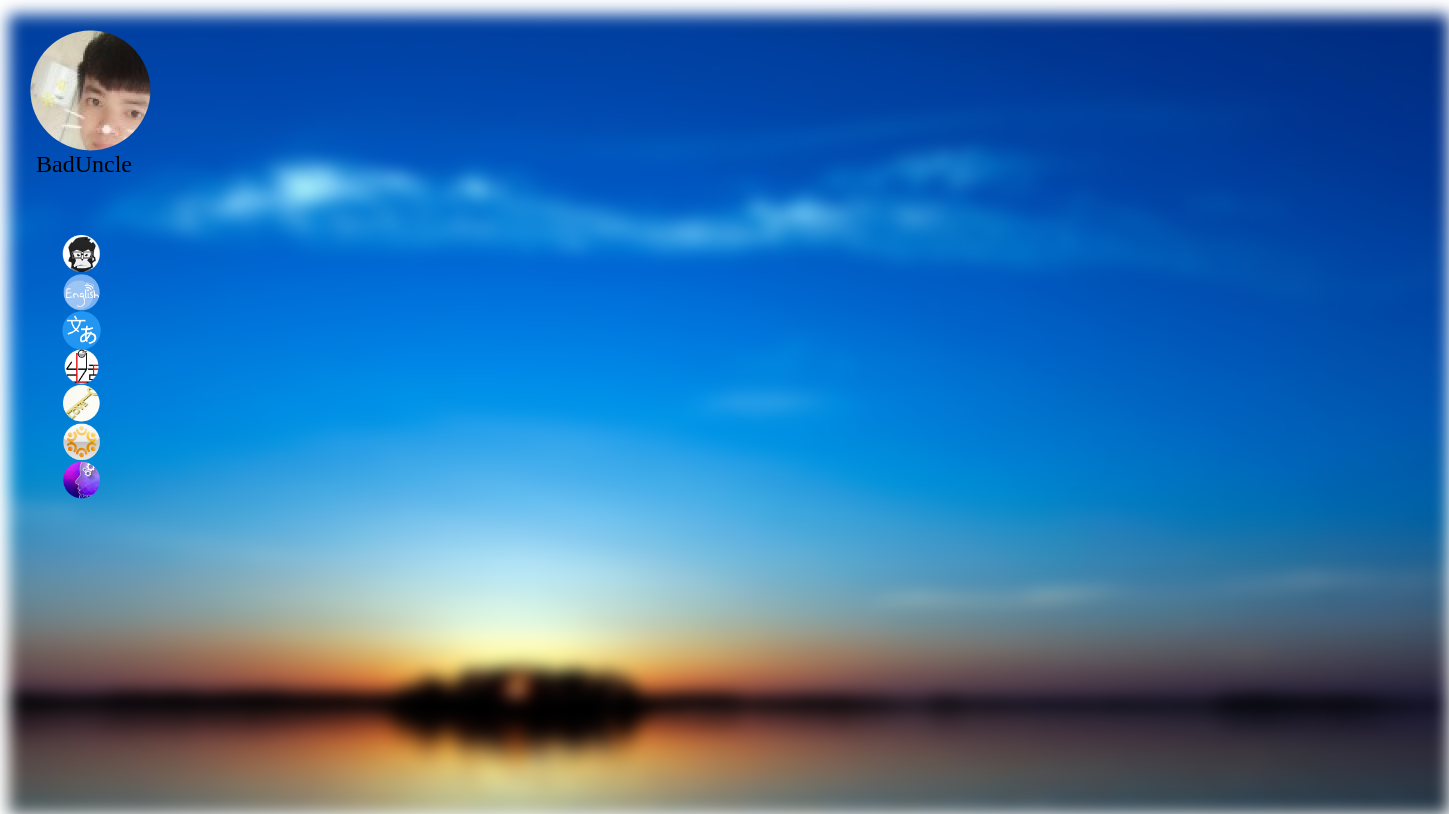
Repository: lidasi/monkeyLife
Page: http://localhost/monkeyLife/jsp/menubar.jsp
An editor plug-in stored every save of this project. The page is shown before and after the next save, followed by the edit.
The browser window is 1280 px wide. The page is 1811 px wide, so the pictures cover 1811 px, including what lies to the right of the window. The pictures show the whole page, at 80% of full size.
The page is served by Tomcat 9.

Above is the page before, as saved 2017-07-13 09:21:50.

### workSpeaces/monkeyLife/WebContent/jsp/menubar.jsp
<%@ page language="java" contentType="text/html; charset=UTF-8"
    pageEncoding="UTF-8"%>
<!DOCTYPE html PUBLIC "-//W3C//DTD HTML 4.01 Transitional//EN" "http://www.w3.org/TR/html4/loose.dtd">
<html>
<head>
<meta http-equiv="Content-Type" content="text/html; charset=UTF-8">
<link rel="stylesheet" type="text/css" media="screen" href="../css/menu.css">
    <script type="text/javascript" src="../js/jquery.min.js"></script>
    <script type="text/javascript" src="../js/fisheye-iutil.min.js"></script>
    <script type="text/javascript" src="../js/jquery.jqDock.min.js"></script>
    <script type="text/javascript">
        $(function(){
        	 var height = 1000;
             var width = 1800;
             $("#menuImage").height(height).width(width);

            var jqDockOpts = {align: 'left', duration: 200, labels: 'tc', size: 48, distance: 85};
            $('#jqDock').jqDock(jqDockOpts);
        });
    </script>
</head>
<body>
	<div id="menuRelative">
		<div id="menuImage">
		</div>
		<div id="headPortrait"></div>
		<div id="userName"><p>BadUncle</p></div>
		<div id="dockContainer">
		    <ul id="jqDock">
		        <li><a class="img-circle" href="#"><img src="../image/dock/monkey.png"   alt="Home" title="猿生活&nbsp;" /></a></li>
		        <li><a class="img-circle" href="#"><img src="../image/dock/English.png"  alt="Contact" title="EnglishStudy&nbsp;" /></a></li>
		        <li><a class="img-circle" href="#"><img src="../image/dock/Japanese.png"  alt="portfolio" title="日本語の勉強&nbsp;" /></a></li>
		        <li><a class="img-circle" href="#"><img src="../image/dock/Life.png"  alt="music" title="日常生活&nbsp;Examples" /></a></li>
		        <li><a class="img-circle" href="#"><img src="../image/dock/Feeling.png"  alt="video" width="128" title="感情写照" /></a></li>
		        <li><a class="img-circle" href="#"><img src="../image/dock/Contacts.png"  alt="history" width="128" title="脉络抒写" /></a></li>
		        <li><a class="img-circle" href="#"><img src="../image/dock/Memory.png"  alt="calendar" width="128" title="记忆珍藏" /></a></li>
		    </ul>
		</div><!-- end div #dockContainer -->
	</div>

</body>
</html>

### workSpeaces/monkeyLife/WebContent/css/menu.css
@CHARSET "UTF-8";
#menuRelative{position:relative;
	width:200px;
	height:100%}
#menuImage{
	position:absolute;
	left:3px;
	top:10px;
/*    border: 1px solid #CCCCCC;
    padding:90px 5px 10px;*/
    background: url("../image/dock/backgroundImage.jpg") no-repeat;
    background-size: cover;
    -webkit-filter: blur(10px);
    -ms-filter: blur(10px);
    filter: progid:DXImageTransform.Microsoft.Blur(PixelRadius=10, MakeShadow=false);
    animation:mymove 5s infinite;
    -webkit-animation:mymove 5s infinite;
}
 @keyframes mymove
{
    0%   {top:10px; background:url("../image/dock/backgroundImage.jpg"); position:absolute;}
    50% {top:10px; background:url("../image/dock/background_001.jpg"); position:absolute;}
    100% {top:10px; background:url("../image/dock/backgroundImage.jpg"); position:absolute;}
}

@-webkit-keyframes mymove
{
    0%   {top:0px; background:url("../image/dock/backgroundImage.jpg" position:absolute;);
    }
    50%   {top:0px; background:url("../image/dock/background_001.jpg" position:absolute;);
    }
    100% {top:0px; background:url("../image/dock/backgroundImage.jpg" position:absolute;);
    }
}
#headPortrait {
	left: 30px;
	top: 20px;
	width: 150px;
	height: 150px;
	position: absolute;
	background: url("../image/dock/headPortrait.jpg") no-repeat;
	border-radius:50%;
	margin:10px auto;
}
#userName {
	left: 37px;
	top: 150px;
	width: 100px;
	height: 80px;
	position: absolute;
	font-size: 30px;
}
#dockContainer {
	position: absolute;
	top: 230px;
	left: 30px; }
#iframeDiv {
	position: fixed;
	top: 60px;
	left: 20px; }
#jqDock {
	position: relative;
	bottom: 48px; }
#jqDock li {
	list-style: none;
	margin-bottom: 0px }
.jqDockLabel {
	background: #333;
	color: #fff;
	padding: 3px 10px;
	-webkit-border-radius: 10px;
	-moz-border-radius: 10px;
}

Loaded but not shown: workSpeaces/monkeyLife/WebContent/js/jquery.min.js (library); workSpeaces/monkeyLife/WebContent/js/fisheye-iutil.min.js (library); workSpeaces/monkeyLife/WebContent/js/jquery.jqDock.min.js (library)

After the next save:
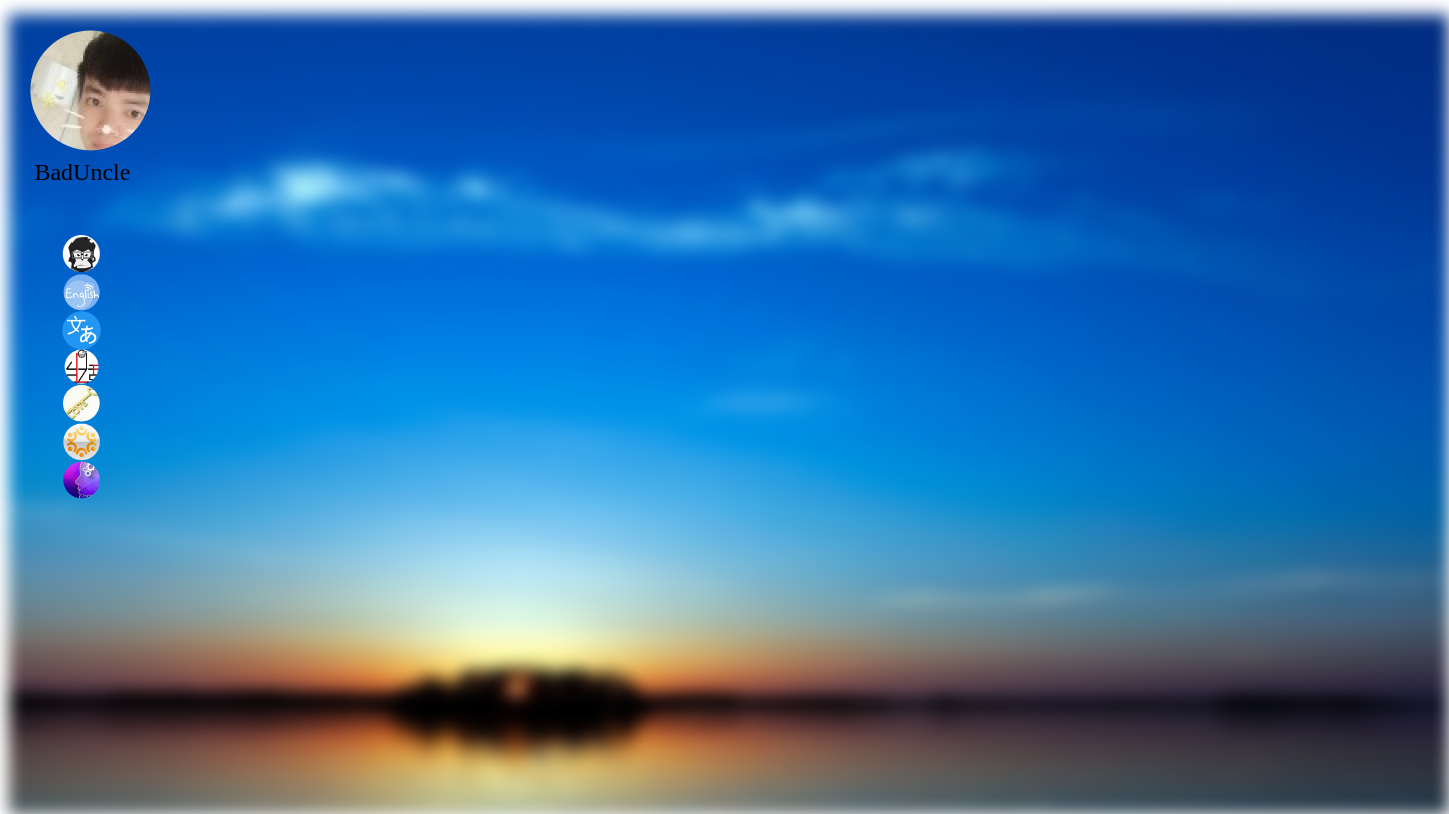
Saved 10 s later.
--- a/workSpeaces/monkeyLife/WebContent/css/menu.css
+++ b/workSpeaces/monkeyLife/WebContent/css/menu.css
@@ -43,8 +43,8 @@
 	margin:10px auto;
 }
 #userName {
-	left: 37px;
-	top: 150px;
+	left: 35px;
+	top: 160px;
 	width: 100px;
 	height: 80px;
 	position: absolute;
